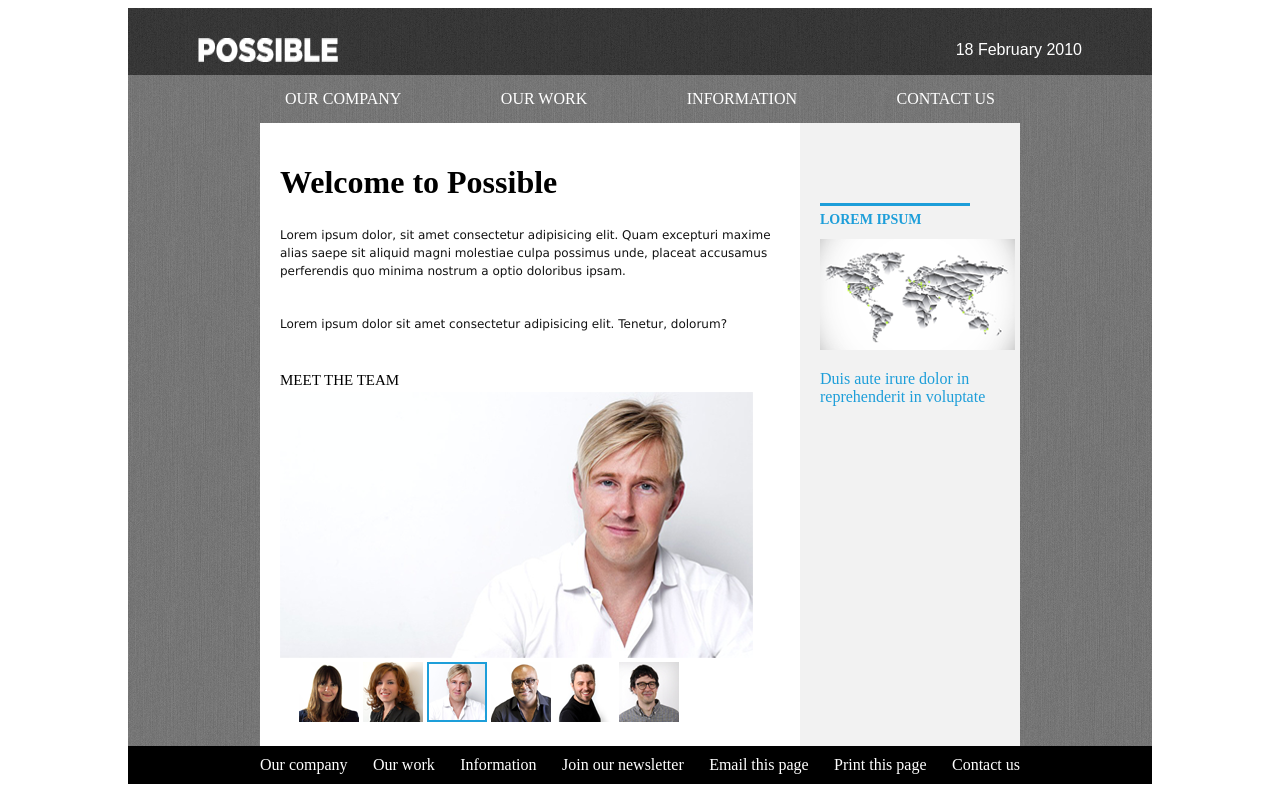
Repository: grzegorzgebala/possible-site
Page: index.html
An editor plug-in stored every save of this project. The page is shown before and after the next save, followed by the edit.
The browser window is 1280 px wide. The pictures show the whole page.
The style sheet was rebuilt from its Sass, Less or Tailwind sources for each picture, by a compiler version that may differ from the author's.

Above is the page before, as saved 2020-02-15 23:22:36.

### index.html
<!DOCTYPE html>
<html>
	<head>
		<meta charset="utf-8">
		<link rel="stylesheet" type="text/css" href="css/style.css">
		<title>Possible page</title>
	</head>
	<body>
        <div class="container">
            <header>
                <img src="images/logo.png" alt="possible logo">
                <div class="date">18 February 2010</div>
            </header>
            <nav class="menu">
                <ul>
                    <li>our company</li>
                    <li>our work</li>
                    <li>information</li>
                    <li>contact us</li>
                </ul>
            </nav>
            <div class="mainSite">
                <div class="leftSide">
                    <h1>Welcome to Possible</h1>
                    <article>Lorem ipsum dolor, sit amet consectetur adipisicing elit. Quam excepturi maxime alias saepe sit aliquid magni molestiae culpa possimus unde, placeat accusamus perferendis quo minima nostrum a optio doloribus ipsam.</article>
                    <article>Lorem ipsum dolor sit amet consectetur adipisicing elit. Tenetur, dolorum?</article>
                    <div class="meetTitle">Meet the team</div>
                    <div class="carousel">
                        <img src="/images/employees/picture1.png" alt="possible logo">
                        <div class="carousele">
                            <img src="/images/icons/leftArrow.png" alt="leftArrow">
                            <img src="/images/employees/min1.png" alt="person1">
                            <img src="/images/employees/min2.png" alt="person2">
                            <img src="/images/employees/min3.png" alt="person3">
                            <img src="/images/employees/min4.png" alt="person4">
                            <img src="/images/employees/min5.png" alt="person5">
                            <img src="/images/employees/min6.png" alt="person6">
                            <img src="/images/icons/rightArrow.png" alt="rightArrow">
                            <!-- <img src="/images/employees/min7.png" alt="person7">
                            <img src="/images/employees/min8.png" alt="person8">
                            <img src="/images/employees/min9.png" alt="person9">
                            <img src="/images/employees/min10.png" alt="person10"> -->
                        </div>
                    </div>
                </div>
                <div class="rightSide">
                    <div class="rightTitle">lorem ipsum</div>
                    <img src="/images/map.png" alt="map">
                    <p>Duis aute irure dolor  in reprehenderit in voluptate</p>
                </div>
            </div>
            <footer>
                <ul>
                    <li>our company</li>
                    <li>our work</li>
                    <li>information</li>
                    <li>join our newsletter</li>
                    <li>email this page</li>
                    <li>print this page</li>
                    <li>contact us</li>
                </ul>
            </footer>
        </div>
	</body>
</html>

### sass/style.scss
// variables
$menuElementsColor: #ffffff;
$contentElementsColor: #000000;
$footerBackgroundColor: #000000;
$menuHooverColor: #000000;
$activeMenuColor: #1d9ed9;
$sideMenuColor: #1d9ed9;
$fontMenu: "Proxima Nova";
$leftSideBackgroundColor: #ffffff;
$rightSideBackgroundColor: #f2f2f2;
$contentHeaderFont: "Proxima Nova";
$contentDescriptionFont: "Verdana";
$contentColor: #121212;

// page style
.container {
    max-width: 1024px;
    margin: 0 auto;
    background-image: url("/images/mainBackground.png");
}

// header style
header {
    background-image: url("/images/backgroundHeader.png");
    display: flex;
    justify-content: space-between;
    padding: 30px 70px 13px 70px;

    .date {
        color: $menuElementsColor;
        // font-size: 12px;
        line-height: 24px;
        font-family: "Arial";
        // font-weight: bold;
    }
}

// menu
.menu ul {
    max-width: 760px;
    margin: 5px auto;
    display: flex;
    justify-content: space-between;
    list-style-type: none;
    color: $menuElementsColor;
    text-transform: uppercase;
    padding: 0;

    :hover {
        background-color: $menuHooverColor;
        color: $activeMenuColor;
        cursor: pointer;
    }

    li {
        padding: 10px 25px;
    }
}

// main content
.mainSite {
    max-width: 760px;
    margin: 0 auto;
    display: flex;
    justify-content: center;
    flex-direction: row;

    .leftSide {
        width: 100%;
        background-color: $leftSideBackgroundColor;
        padding: 20px;

        h1 {
            font-family: $contentHeaderFont;
        }

        article {
            font-family: $contentDescriptionFont;
            font-size: 12px;
            line-height: 18px;
            color: $contentColor;
            margin-top: 25px;
            margin-bottom: 35px;
        }
        .meetTitle {
            font-size: 15px;
            line-height: 24px;
            text-transform: uppercase;
            color: $contentElementsColor;
            font-family: $contentHeaderFont;
        }

        .carousele {
            overflow: hidden;
        }
    }


    .rightSide {
        background-color: $rightSideBackgroundColor;
        width: 40%;
        padding-left: 20px;

        .rightTitle {
            text-transform: uppercase;
            color: $sideMenuColor;
            font-weight: bold;
            font-size: 14px;
            line-height: 18px;
            border-top: 3px solid $sideMenuColor;
            width: 150px;
            margin-top: 80px;
            margin-bottom: 10px;
            padding-top: 5px;
        }

        p {
            color: $sideMenuColor;
        }
    }

}

// footer
footer {
    background: $footerBackgroundColor;
}

footer ul {
    display: flex;
    justify-content: space-between;
    max-width: 760px;
    margin: 0 auto;
    list-style-type: none;
    color: $menuElementsColor;
    background: $footerBackgroundColor;
    padding: 10px;

    :hover {
        color: $activeMenuColor;
        cursor: pointer;
    }

    li::first-letter {
        text-transform: uppercase;
    }
}

After the next save:
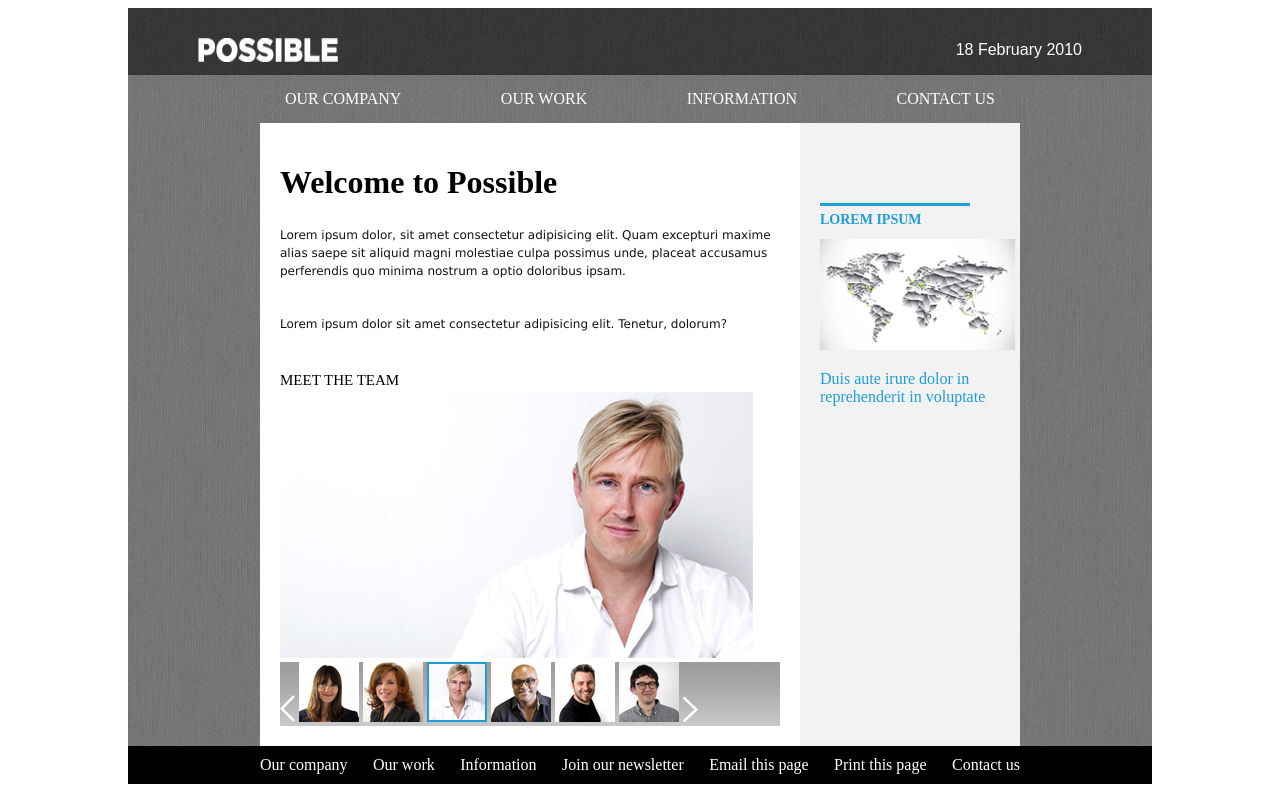
Saved 113 s later.
--- a/sass/style.scss
+++ b/sass/style.scss
@@ -92,6 +92,7 @@ header {
 
         .carousele {
             overflow: hidden;
+            background-image: url("/images/carouseleBackground.png");
         }
     }
 
